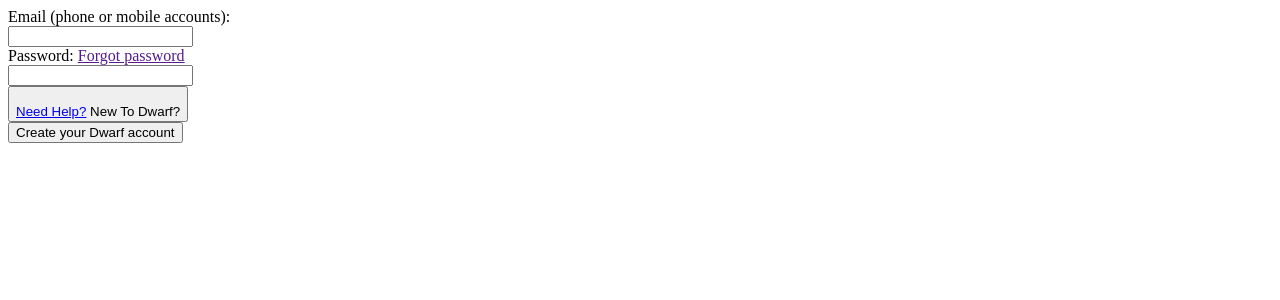
Repository: brittmarie333/replica
Page: index.html
An editor plug-in stored every save of this project. The page is shown before and after a run of saves, followed by the edit.
The browser window is 1280 px wide. The pictures show the whole page.

Above is the page before, as saved 2023-11-12 18:15:48.

After the next 3 saves:
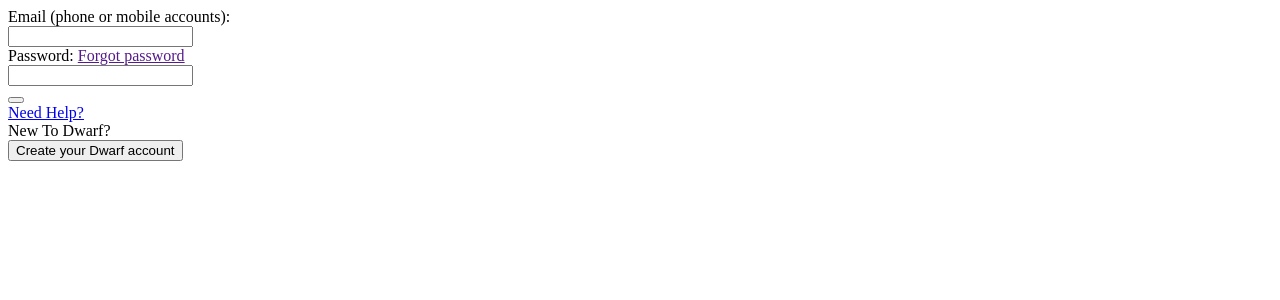
The 3 saves are shown as one change because they came seconds apart.
The last was saved 7 s later.
--- a/index.html
+++ b/index.html
@@ -11,7 +11,7 @@
         <input type="text" id="fname" name="fname"><br>
         <label for="pword">Password: </label> <text align="right"><a href="">Forgot password</a></text><br>
         <input type="text" id="lname" name="lname" ><br>
-        <button>
+        <button></button>
         <br>
         <a href="http">Need Help?</a>
       </form>
